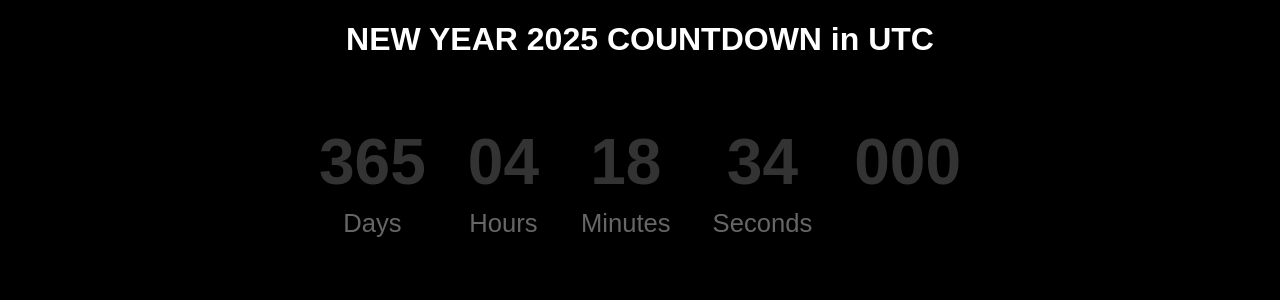
Repository: end888160/end888160.github.io
Page: countdown2025.html
The author's editor kept a copy of each file at every save. The page is drawn from the files as they stood at one save, then again after the next save.
The browser window is 1280 px wide. The pictures show the whole page.

Above is the page before, as saved 2024-09-20 22:54:02.

### countdown2025.html
<!DOCTYPE html>
<html lang="en">
<head>
	<meta charset="UTF-8">
	<meta name="viewport" content="width=device-width, initial-scale=1.0">
	<meta name="description" content="Let's celebrate the New Year!">
	<title>Countdown</title>
	<style>
	#countdown {
		display: flex;
		justify-content: center;
		align-items: center;
		font-family: Arial, Helvetica, sans-serif;
		font-size: xx-large;
		margin-top: 5%;
		color: #333;
	}

	.countdown-item {
		margin: 0 10px;
		text-align: center;
		text-align: center;
	}

	.countdown-value {
		font-size: 2em;
		font-weight: bold;
	}

	.countdown-label {
		font-size: 0.8em;
		color: #777;
	}
	td {
		padding-left: 20px;
		padding-right: 20px;
	}
	h1 {
		text-align: center;
		font-family: Arial, Helvetica, sans-serif;
		font-size: xx-large;
	}

	@media (prefers-color-scheme: dark) {
		#countdown {
			color: #bbb;
		}
		}
		.countdown-label {
			color: #666;
		}
		html {
			background-color: black;
			color: white;
		}
	</style>
</head>
<body>
	<h1 id="header"></h1>
	<div id="countdown">
	<table class="countdown-item">
	<tr>
		<td><span class="countdown-value" id="days"></span></td>
		<td><span class="countdown-value" id="hours"></span></td>
		<td><span class="countdown-value" id="minutes"></span></td>
		<td><span class="countdown-value" id="seconds"></span></td>
		<td><span class="countdown-value" id="mseconds"></span><span class="countdown-label"></span></td>
	</tr>
		<td><span class="countdown-label">Days</span></td>
		<td><span class="countdown-label">Hours</span></td>
		<td><span class="countdown-label">Minutes</span></td>
		<td><span class="countdown-label">Seconds</span></td>
		<td></td>
</table>

	<script>

// Update the count down every 1 second]

var countDownTarget = new Date().getFullYear() + 1;

var x = setInterval(function() {

	// Set the date we're counting down to
	var countDownDate = new Date("Jan 1, " + countDownTarget + " 00:00:00").getTime();
	var currentTimeZone = Intl.DateTimeFormat().resolvedOptions().timeZone

	// Get today's date and time
	var now = new Date().getTime();

	// Find the distance between now and the count down date
	var distance = countDownDate - now;

	// Time calculations for days, hours, minutes and seconds
	var days = Math.floor(distance / (1000 * 60 * 60 * 24));
	var hours = Math.floor((distance % (1000 * 60 * 60 * 24)) / (1000 * 60 * 60));
	const hour = hours < 10 ? "0" + hours : hours;
	var minutes = Math.floor((distance % (1000 * 60 * 60)) / (1000 * 60));
	const minute = minutes < 10 ? "0" + minutes : minutes;
	var seconds = Math.floor((distance % (1000 * 60)) / 1000);
	const second = seconds < 10 ? "0" + seconds : seconds;
	var mseconds = Math.floor(distance % 1000);
	const msecond = mseconds < 10 ? "0" + "0" + mseconds : mseconds < 100 ? "0" + mseconds : mseconds;

	// Display the result in the element with id="countdown"
	document.getElementById("days").innerHTML = days;
	document.getElementById("hours").innerHTML = hour;
	document.getElementById("minutes").innerHTML = minute;
	document.getElementById("seconds").innerHTML = second;
	document.getElementById("mseconds").innerHTML = msecond;
	if ( currentTimeZone === "undefined" ) {
		document.getElementById("header").innerHTML = "NEW YEAR " + countDownTarget + " COUNTDOWN"
	} else {
		document.getElementById("header").innerHTML = "NEW YEAR " + countDownTarget + " COUNTDOWN in " + currentTimeZone;
	}


	// If the count down is finished, write some text
	if (distance < 0) {
		clearInterval(x);
		document.getElementById("countdown").innerHTML = "HAPPY NEW YEAR!";
	}
}, 0);
document.title = "Countdown to " + countDownTarget;
	</script>
</body>
</html>

After the next save:
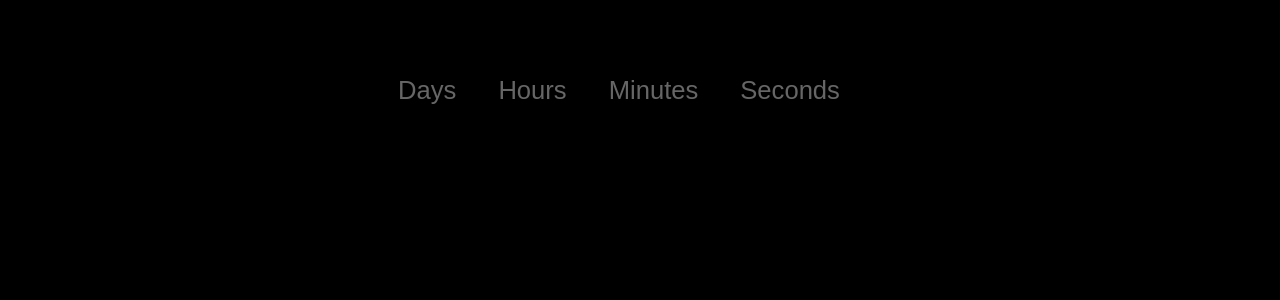
Console error: SyntaxError: Unexpected token ','
Saved 4 min 14 s later.
--- a/countdown2025.html
+++ b/countdown2025.html
@@ -79,7 +79,7 @@
 
 var countDownTarget = new Date().getFullYear() + 1;
 
-var x = setInterval(function() {
+function countdown() {
 
 	// Set the date we're counting down to
 	var countDownDate = new Date("Jan 1, " + countDownTarget + " 00:00:00").getTime();

After the 2 saves that followed:
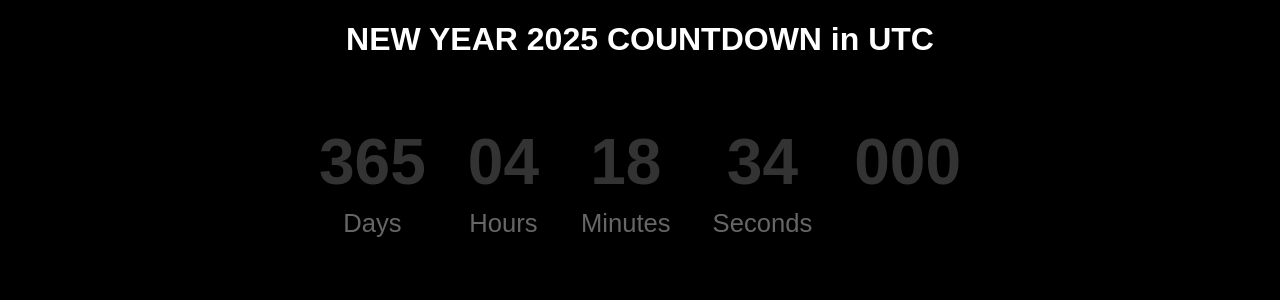
The error is gone.
The 2 saves are shown as one change because 1 left the picture as it was.
The last was saved 23 s later.
--- a/countdown2025.html
+++ b/countdown2025.html
@@ -120,8 +120,10 @@ function countdown() {
 		clearInterval(x);
 		document.getElementById("countdown").innerHTML = "HAPPY NEW YEAR!";
 	}
-}, 0);
+	setTimeout(countdown, 1);
+}
 document.title = "Countdown to " + countDownTarget;
+countdown()
 	</script>
 </body>
 </html>
